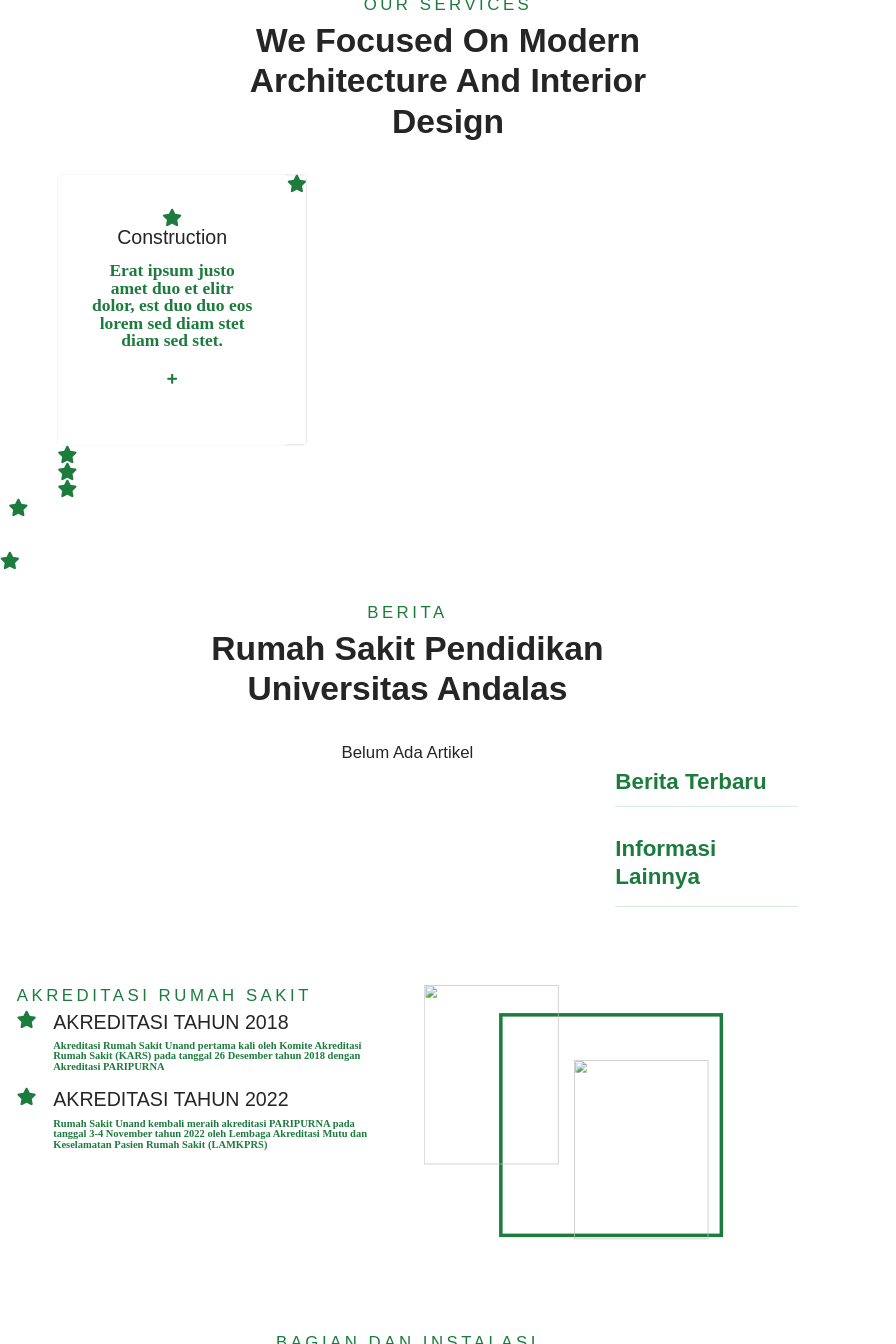
Repository: vivin-erialis/rsunand-site
Page: http://localhost/
An editor plug-in stored every save of this project. The page is shown before and after the next save, followed by the edit.
The browser window is 1280 px wide. The pictures show the part of the page from y = 565 to 2485 px (the page is 4114 px tall before and 4150 px after), at 70% of full size.
Some web fonts or font styles are not loaded; a fallback is used. Some web libraries are served in a nearby version. The page is served by the project's Laravel application, run on PHP 8.4 with Laravel 12. Queries for data that is not in the repository find no rows.

Above is the page before, as saved 2024-06-10 08:27:30.
Console error: TypeError: Cannot read properties of undefined (reading 'version')

After the next save:
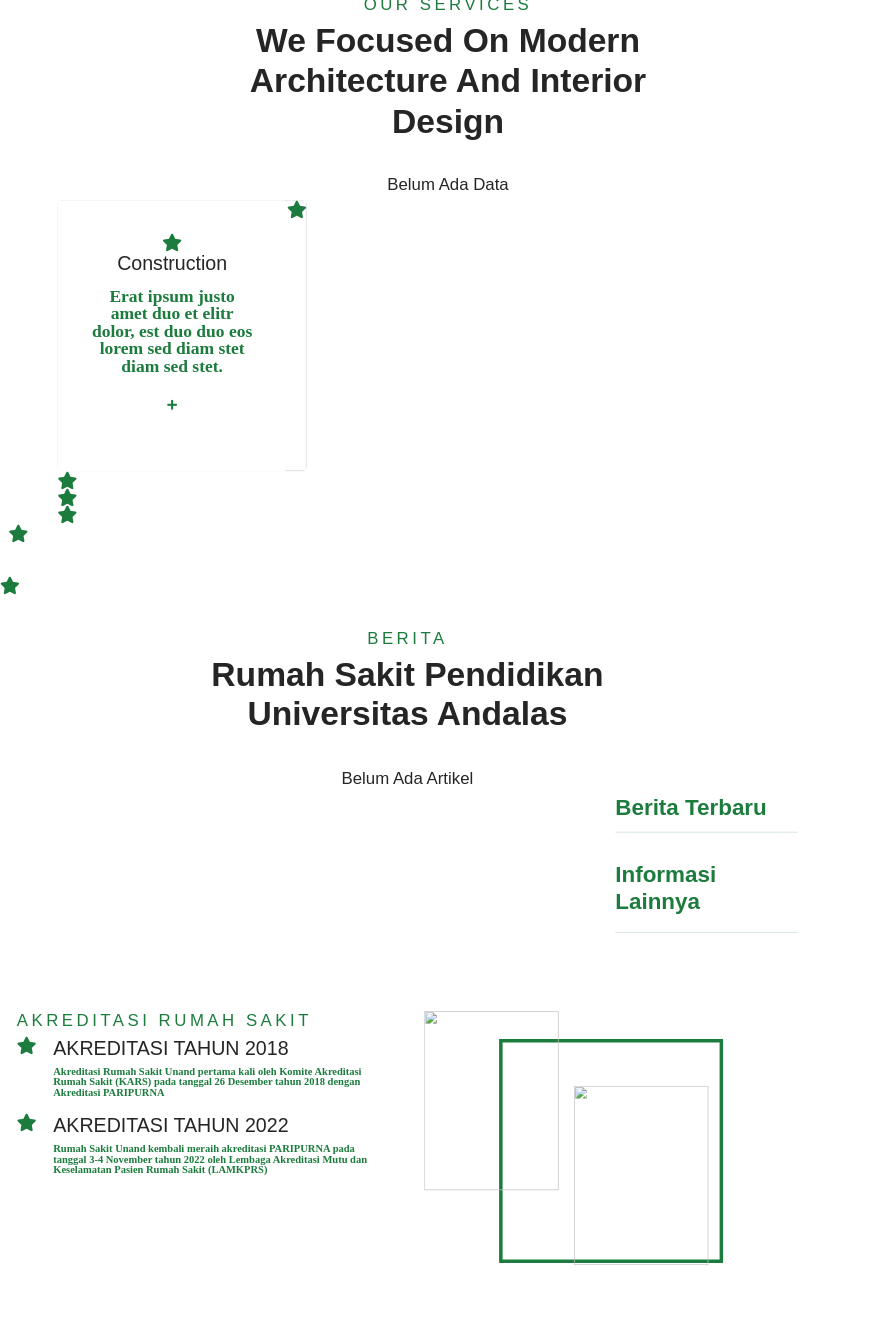
Saved 22 s later.
--- a/resources/views/Frontend/home.blade.php
+++ b/resources/views/Frontend/home.blade.php
@@ -110,13 +110,16 @@
         </div>
     </div>
 
-      <!-- Service Start -->
-      <div class="container-xxl py-5">
+    <!-- Service Start -->
+    <div class="container-xxl py-5">
         <div class="container">
             <div class="text-center mx-auto mb-5 wow fadeInUp" data-wow-delay="0.1s" style="max-width: 600px;">
                 <h4 class="section-title">Our Services</h4>
                 <h1 class="display-5 mb-4">We Focused On Modern Architecture And Interior Design</h1>
             </div>
+            @if ($layanan->isEmpty())
+                <h4 class="mt-5 text-center">Belum Ada Data</h4>
+            @endif
             <div class="row g-4">
                 <div class="col-lg-4 col-md-6 wow fadeInUp" data-wow-delay="0.5s">
                     <div class="service-item d-flex position-relative text-center h-100">
@@ -124,8 +127,9 @@
                         <div class="service-text p-5">
                             <i class="fa fa-star flex-shrink-0" style="color: #1C7C3D; font-size: 25px">
                                 <h3 class="mb-3">Construction</h3>
-                            <p class="mb-4">Erat ipsum justo amet duo et elitr dolor, est duo duo eos lorem sed diam stet diam sed stet.</p>
-                            <a class="btn" href=""><i class="fa fa-plus text-primary me-3"></i>Read More</a>
+                                <p class="mb-4">Erat ipsum justo amet duo et elitr dolor, est duo duo eos lorem sed diam
+                                    stet diam sed stet.</p>
+                                <a class="btn" href=""><i class="fa fa-plus text-primary me-3"></i>Read More</a>
                         </div>
                     </div>
                 </div>
@@ -329,8 +333,8 @@
     </div>
     <!-- Feature End -->
 
-       {{-- Bagian dan Instalasi --}}
-       <div class="container-xxl py-5">
+    {{-- Bagian dan Instalasi --}}
+    <div class="container-xxl py-5">
         <div class="container">
             <div class="text-center mx-auto mb-5 wow fadeInUp" data-wow-delay="0.1s" style="max-width: 600px;">
                 <h4 class="section-title">Bagian dan Instalasi</h4>
